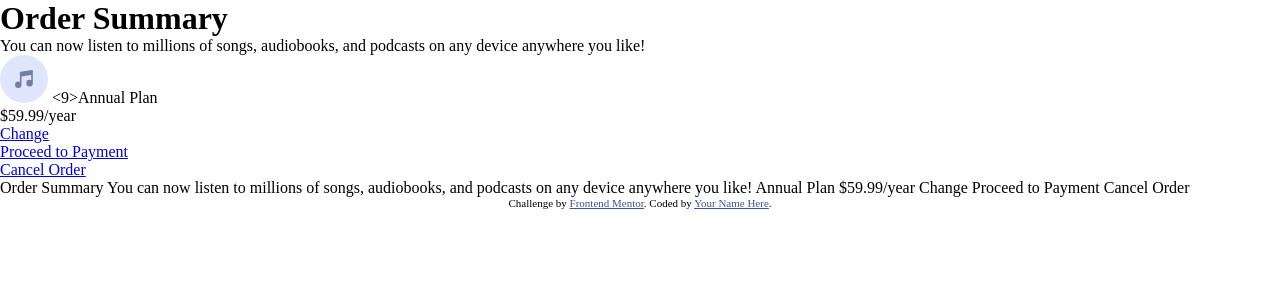
Repository: DejV44/order-summary-frontend
Page: index.html
An editor plug-in stored every save of this project. The page is shown before and after the next save, followed by the edit.
The browser window is 1280 px wide. The pictures show the whole page.
The style sheet was rebuilt from its Sass, Less or Tailwind sources for each picture, by a compiler version that may differ from the author's.

Above is the page before, as saved 2021-08-11 21:46:37.

After the next save:
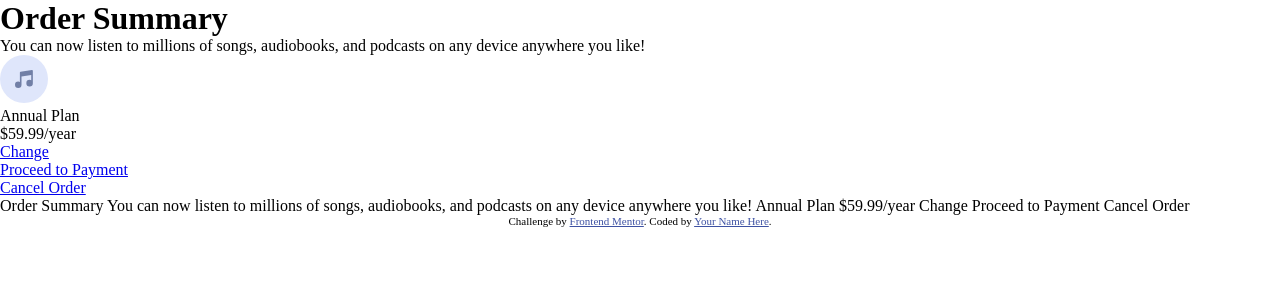
Saved 15 s later.
--- a/index.html
+++ b/index.html
@@ -21,7 +21,7 @@
     <div class="price_container">
       <div class="annual">
         <img src="/images/icon-music.svg" alt="music">
-        <9>Annual Plan</9>
+        <p>Annual Plan</p>
         <p>$59.99/year</p>
       </div>
       <a href="#">Change</a>
